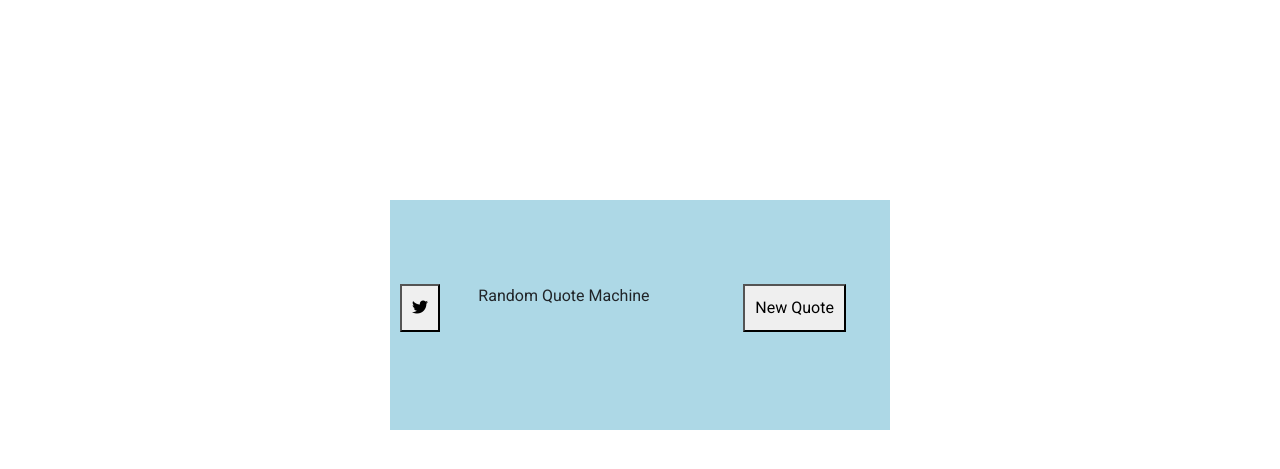
Repository: derektypist/random-quote-machine
Page: index.html
The author's editor kept a record of every edit. The page is drawn from the files as they stood at one moment, then again after the next edit.
The browser window is 1280 px wide. The pictures show the whole page.
Some web libraries are served in a nearby version.

Above is the page before.
Console error: SyntaxError: Unexpected token '<'

### index.html
<!DOCTYPE html>
<html lang="en">

<head>
    <meta charset="UTF-8">
    <meta name="viewport" content="width=device-width, initial-scale=1.0">
    <meta http-equiv="X-UA-Compatible" content="ie=edge">
    <title>Random Quote Machine</title>
    <!-- Load Style Sheets -->
    <link rel="stylesheet" href="https://maxcdn.bootstrapcdn.com/bootstrap/4.4.1/css/bootstrap.min.css" integrity="sha384-Vkoo8x4CGsO3+Hhxv8T/Q5PaXtkKtu6ug5TOeNV6gBiFeWPGFN9MuhOf23Q9Ifjh" crossorigin="anonymous">
    <link rel="stylesheet" href="https://use.fontawesome.com/releases/v5.8.1/css/all.css" integrity="sha384-50oBUHEmvpQ+1lW4y57PTFmhCaXp0ML5d60M1M7uH2+nqUivzIebhndOJK28anvf" crossorigin="anonymous">
    <link href="https://fonts.googleapis.com/css?family=Roboto&display=swap" rel="stylesheet">
    <style>
        /* Quote Box */

        #quote-box {
            font-family: "Roboto", Arial, Verdana, sans-serif;
            background-color: lightblue;
            display: block;
            position: relative;
            top: 200px;
            height: 230px;
            width: 500px;
            margin: auto;

        }

        #text {
            padding: 10px;
        }

        #author {
            text-align: right;
            padding: 10px;
        }


        #tweet-quote {
            padding: 10px;
        }

        #tweet-quote button {
            text-align: center;
            padding: 10px;

        }

        #tweet-quote:hover button {
            background-color: orange;
        }

        #new-quote {
            padding: 10px;
        }
    </style>

    <!-- Load Scripts -->
    <script src="https://ajax.googleapis.com/ajax/libs/jquery/3.4.1/jquery.min.js"></script>
    <script>

        // Define Function for New Quote
        function displayNewQuote() {
            // Set Up Random Index

            let randomIndex = Math.floor(Math.random() * 13);

            // Set Up Constants noting use of Escape Characters

            const possibleText = ["\"Hope smiles from the threshold of the year to come whispering.  It will be happier.\"",
                "\"O wind, if winter comes can spring be far behind?\"",
                "\"Spring is nature's way of saying 'Let's Party'.\"",
                "\"Sweet April showers do spring May Flowers.\"",
                "\"As full of spirit as the month of May, and as gorgeous as the sun in Midsummer.\"",
                "\"There are two seasons in Scotland: June and Winter.\"",
                "\"People don't notice whether it's winter or summer when they're happy.\"",
                "\"Summer Afternoon---summer afternoon; to me those have always been the first two beautiful words in the English Language.\"",
                "\"Autumn is a second spring when every leaf is a flower.\"",
                "\"In seed time learn, in harvest teach, in winter enjoy.\"",
                "\"Winter is the time for comfort, for good food and warmth, for the touch of a friendly hand and a talk beside the fire: it is time for home.\"",
                "\"Thank you for your kind words.\"",
                "\"It looks as though you had a great time Derek.\""
            ];
            const text = possibleText[randomIndex];
            const possibleAuthors = ["Alfred Lord Tennyson",
                "Percy Bysshe Shelley",
                "Robin Williams",
                "Thomas Tusser",
                "William Shakespeare",
                "Billy Connolly",
                "Anton Chekhov",
                "Henry James",
                "Albert Camus",
                "William Blake",
                "Edith Sitwell",
                "Daphne Pink",
                "Andrea Harrison"
            ];
            const author = possibleAuthors[randomIndex];

            // Display Text (Quote) and Authors
            <h4>${text}</h4>;
            <p>${author}</p>;

        }




        $(document).ready(displayNewQuote);
    </script>

</head>

<body>
    <!-- Set Up Quote Box -->
    <article id="quote-box">
        <article id="text">
        </article>
        <h4 id="text"></h4>
        <p id="author"></p>
        <p></p>
        <!-- Set Up Row -->
        <article class="row">
            <!-- Set Up Article for Tweet Quote Button -->
            <article class="col-sm-2">
                <a href="https://twitter.com/intent/tweet/" target="_blank" title="Tweet" id="tweet-quote"><button type="button"><i class="fab fa-twitter"></i></button></a>
            </article>

            <!-- Display Title (Random Quote Machine) -->
            <article class="col-sm-6">
                <p>Random Quote Machine</p>
            </article>

            <!-- Set Up Article for New Quote Button -->
            <article class="col-sm-4">
                <button onclick="displayNewQuote()" title="New Quote" id="new-quote">New Quote</button>
            </article>

        </article>



    </article>



</body>

</html>

After the next edit:
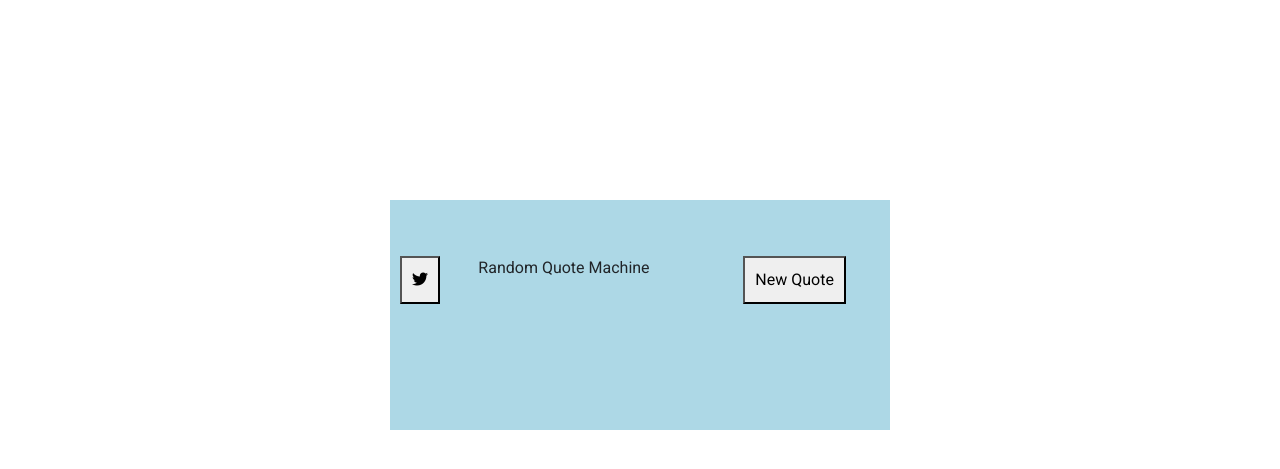
The edit:
--- a/index.html
+++ b/index.html
@@ -116,7 +116,7 @@
     <article id="quote-box">
         <article id="text">
         </article>
-        <h4 id="text"></h4>
+
         <p id="author"></p>
         <p></p>
         <!-- Set Up Row -->
